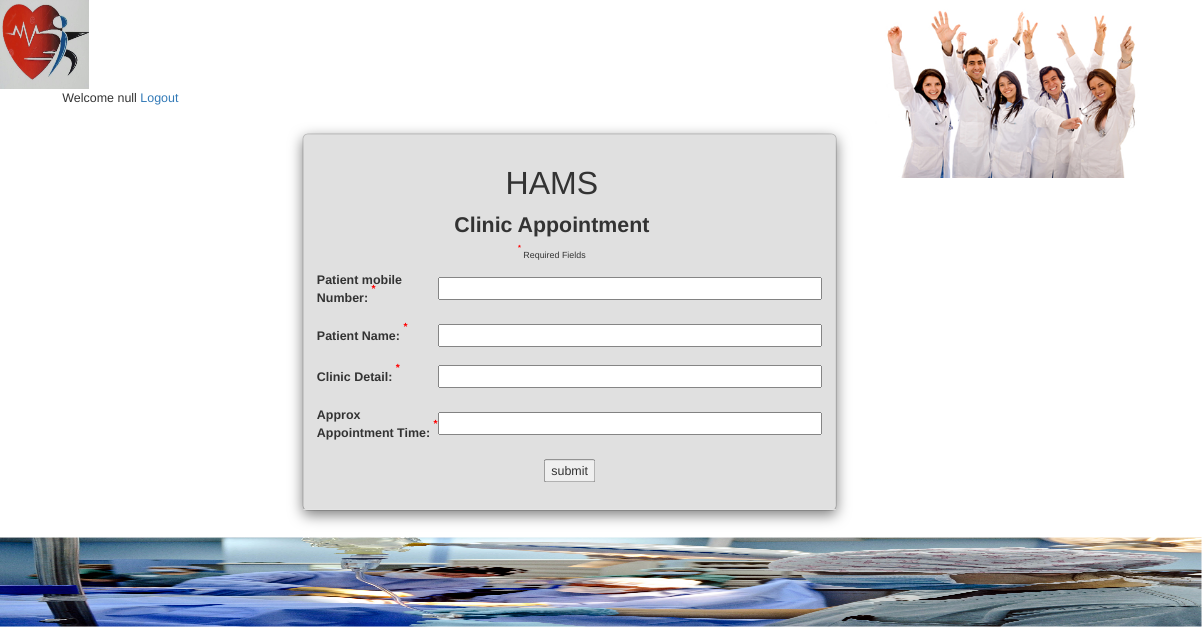
Repository: shiveshk/PullData
Page: http://localhost/Hams/appointment.jsp
These files come from the project's save history. The page is drawn as it stood at one moment and after the next save; the edit follows.
The browser window is 1280 px wide. The page is 1350 px wide, so the pictures cover 1350 px, including what lies to the right of the window. The pictures show the whole page, at 89% of full size.
The page is served by Tomcat 9. Nobody is signed in. The application's start-up code is not run. Other server files are loaded and not shown.

Above is the page before, as saved 2015-11-07 04:49:12.
Console error (its wording comes from the project's code and is left out).

### Hams/WebContent/appointment.jsp
<?xml version="1.0" encoding="ISO-8859-1" ?>

<%@ page language="java" contentType="text/html; charset=ISO-8859-1" pageEncoding="ISO-8859-1"%>
<!DOCTYPE html PUBLIC "-//W3C//DTD XHTML 1.0 Transitional//EN" "http://www.w3.org/TR/xhtml1/DTD/xhtml1-transitional.dtd">
<html xmlns="http://www.w3.org/1999/xhtml">
<head>
  <link rel="stylesheet" href="http://maxcdn.bootstrapcdn.com/bootstrap/3.3.5/css/bootstrap.min.css">
  <script src="http://maxcdn.bootstrapcdn.com/bootstrap/3.3.5/js/bootstrap.min.js"></script>
  <script src="validation.js"></script>

<link rel="stylesheet" type="text/css" href="hams.css">

<meta http-equiv="Content-Type" content="text/html; charset=ISO-8859-1" />

<title>Patient Appointment</title>


</head>



<img src = "images/HAMSLogo.jpg" alt="hamslogo" id="img1"/>
<img src = "images/image1.png" alt="doctor2" id="img3"/>

<div class="container" >

<% String username = (String)request.getSession().getAttribute("name");
out.println("Welcome "+username);
%>

<a href="LogoutServlet">Logout</a>

<center>
<div id="login-overlay" class="modal-dialog" >
     <div class="modal-content" >
          <div class="modal-header" >
<h1>HAMS</h1>


	<p><b><font size=5>Clinic Appointment</font></b></p>
	<p><font size=1><b><sup>*</sup></b> Required Fields</font></p>



<form name="myForm" action="PatientAppointmentServlet" method="post"  onsubmit="return validate()" >
 	<div class="form-group">
<table >
 <tbody>

 	 <tr class="row1">
	 	 <td><b>Patient mobile Number: <sup>*</sup></b> </td>
	 	 <td><input type="text" id="patient_mobile_number" name="patient_mobile_number"  size=50 maxlength=20 /></td>
	 </tr>

	 <tr class="row2">
	 	 <td><b>Patient Name: <sup>*</sup></b> </td>
	 	 <td><input type="text" id="patient_name" name="patient_name"  size=50 maxlength=500 /></td>
	 </tr>


	 <tr class="row3">
	 	<td><b>Clinic Detail: <sup>*</sup></b> </td>
	 	<td><input type="text" id="clinic_detail" name="clinic_detail"  size=50 maxlength=500 /></td>
	 </tr>


	 <tr class="row4">
	 	<td><b>Approx Appointment Time: <sup>*</sup></b> </td>
	 	<td><input type="text" id="time" name="time"  size=50 maxlength=500 /></td>
	 </tr>

 </tbody>

</table>
	<br /><input type="submit" name="submit" value="submit" />
	</div>
</form>
		</div>
	</div>
</div>

</center>
</div>
	<img src = "images/hams1.jpg" alt="doctor" id="img2"/>




</body>
</html>

### Hams/WebContent/validation.js
function validate()
{
   var w=document.forms["myForm"]["patient_name"].value;
   var x=document.forms["myForm"]["clinic_detail"].value;
   //var y=document.forms["myForm"]["token_no"].value;
   var z=document.forms["myForm"]["time"].value;
   if (w.trim().length<=0) // check length of your name field
   {
      alert("Patient Name must be filled out");
      return false;
   }
   if (x.trim().length<=0) // check length of your name field
   {
      alert("clinic detail must be filled out");
      return false;
   }
   if (z.trim().length<=0) // check length of your name field
   {
      alert("Appointment time Name must be filled out");
      return false;
   }

   //contact number validation
   var mobile_no = document.forms["myForm"]["patient_mobile_number"].value;
   if (/^\d{10}$/.test(mobile_no)) {
       // value is ok, use it
   } else {
       alert("Invalid number; must be ten digits")
       number.focus()
       return false
   }

   //time validation
   var strval = document.forms["myForm"]["time"].value;

   var strval1;

   //minimum lenght is 6. example 1:2 AM
   if(strval.length < 6)
   {
    alert("Invalid time. Time format should be HH:MM AM/PM.");
    return false;
   }

   //Maximum length is 8. example 10:45 AM
   if(strval.lenght > 8)
   {
    alert("invalid time. Time format should be HH:MM AM/PM.");
    return false;
   }

   //Removing all space
   strval = trimAllSpace(strval);

   //Checking AM/PM
   if(strval.charAt(strval.length - 1) != "M" && strval.charAt(
       strval.length - 1) != "m")
   {
    alert("Invalid time. Time shoule be end with AM or PM.");
    return false;

   }
   else if(strval.charAt(strval.length - 2) != 'A' && strval.charAt(
       strval.length - 2) != 'a' && strval.charAt(
       strval.length - 2) != 'p' && strval.charAt(strval.length - 2) != 'P')
   {
    alert("Invalid time. Time shoule be end with AM or PM.");
    return false;

}
   }

### Hams/WebContent/hams.css
@CHARSET "ISO-8859-1";
<style>

 p {
  white-space: pre;
 }
sup {
    vertical-align: super;
    font-size: smaller;
    color : red;
}

#img1 {
	align: center;
	margin: auto;
	width: 100px;
	bottom: 100px;
    height: 100px;
}

#img2 {
	align: center;
	margin: auto;
	bottom: 100px;
    height: 100px;
    width: 1350px;
}
#img3 {
    float: right;
    margin: 0 0 100px 100px;
    height : 200px;
}


tr.row2 td {
    padding-top: 20px;
}

tr.row3 td {
    padding-top: 20px;
}

tr.row4 td {
    padding-top: 20px;
}


.modal-content {
    background-color: #E0E0E0 ;
}
</style>

After the next save:
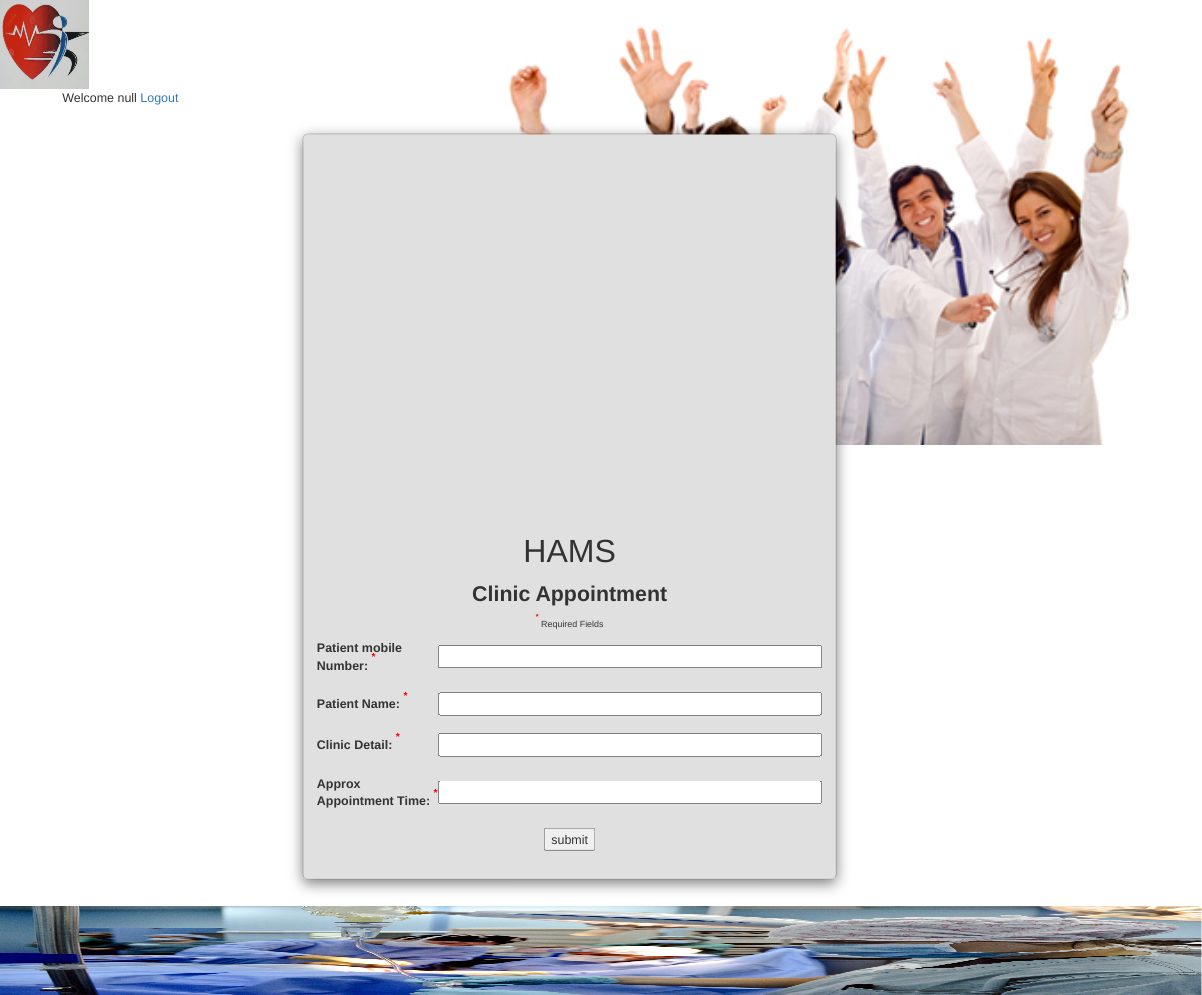
Saved 16 s later.
--- a/Hams/WebContent/hams.css
+++ b/Hams/WebContent/hams.css
@@ -28,7 +28,7 @@ sup {
 #img3 {
     float: right;
     margin: 0 0 100px 100px;
-    height : 200px;
+    height : 500px;
 }
 
 
